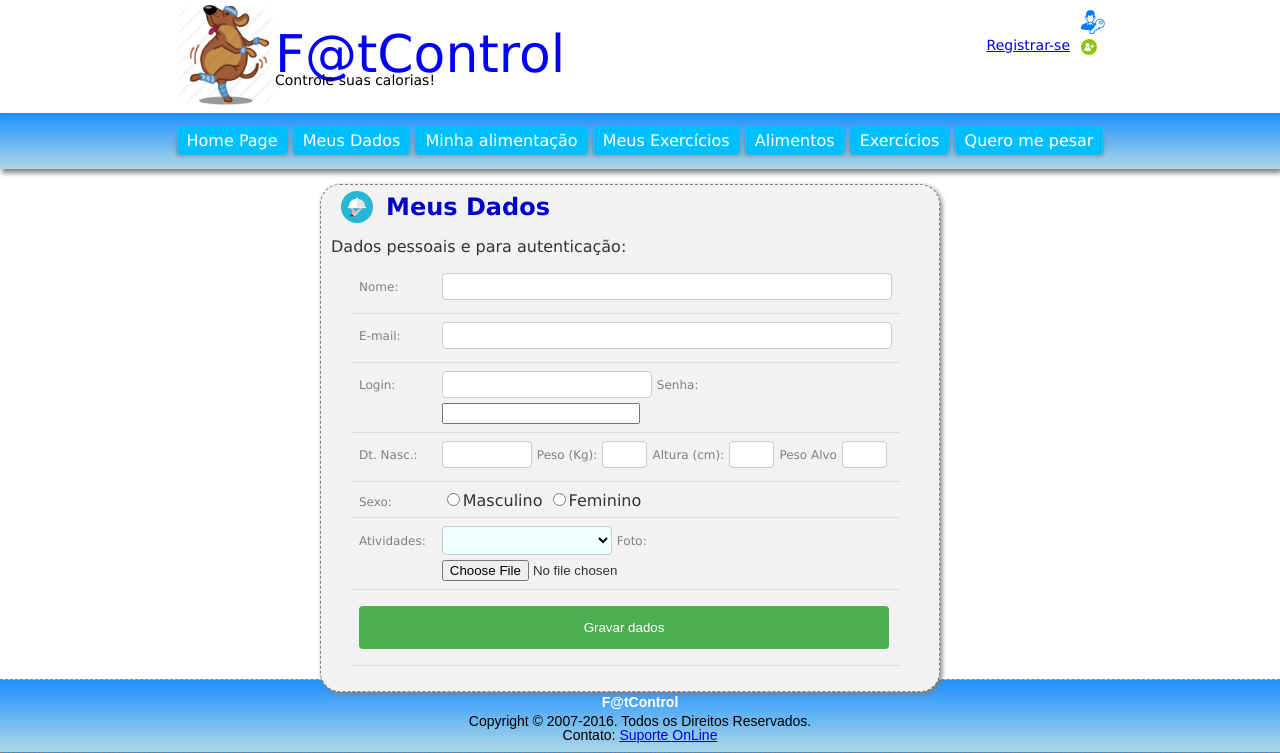
Repository: vinicius-colutti/FatControl-JavaWeb-Project
Page: http://localhost/jee/Final/WebContent/cadastro.jsp
These files come from the project's save history. The page is drawn as it stood at one moment and after the next save; the edit follows.
The browser window is 1280 px wide. The pictures show the whole page.
The page is served by Tomcat 9. Other server files are loaded and not shown. Queries for data that is not in the repository find no rows.

Above is the page before, as saved 2016-12-04 03:11:30.

### jee/Final/WebContent/cadastro.jsp
<%@page import="br.com.fatcontrol.DAO.AtividadeDAO"%>
<%@page import="br.com.fatcontrol.model.Atividade"%>
<%@page import="java.util.List"%>
<%@page import="java.sql.Connection"%>
<%@ page language="java" contentType="text/html; charset=ISO-8859-1"
    pageEncoding="ISO-8859-1"%>

<!DOCTYPE html>
<html>
	<head>
	<%
		AtividadeDAO atividade = new AtividadeDAO();
		List<Atividade> listaAtividade  = atividade.listarAtividade();

	%>
		<meta http-equiv="Content-Type" content="text/html; charset=ISO-8859-1">
		<title>Cadastrar-se</title>
		<link rel="stylesheet" href="css/reset.css">
		<link rel="stylesheet" href="css/estilo.css">
	</head>
		<!-- HEADER -->
		<%@include file="header.jsp"%>
		<!-- FIM HEADER -->

		<body>
			<!-- CONTEÚDO -->
		<div class="conteudo" style=" margin-right:400px;">
			<div class="direita">
				<div class="conteudoDireita">
					<h4 class="tituloMenuDir">Meus Dados</h4>

					<form action="GravarUsuario" method="post" enctype="">
						<fieldset style="display: inline-block;">
							<legend>Dados pessoais e para autenticação:</legend>


								<table style="margin-left: 20px">
									<tr>
										<td><label for="txtNome">Nome:</label></td>
										<td><input type="text" name="txtNome" style="width: 450px;"></td>
									</tr>

									<tr>
										<td><label for="txtEmail">E-mail:</label></td>
										<td><input type="text" name="txtEmail" style="width: 450px;"></td>
									</tr>

									<tr>
										<td><label for="txtLogin">Login:</label></td>
										<td><input  type="text" name="txtLogin" style="width: 210px;"> <label for="txtSenha">Senha:</label>
												<input  type="password" name="txtSenha" style="width: 190px;"></td>
									</tr>

									<tr>
										<td><label for="txtDtNasc">Dt. Nasc.:</label></td>
										<td><input  type="text" name="txtDtNasc" style="width: 90px;">
												<label for="txtPeso">Peso (Kg):</label>
												<input type="text" name="txtPeso" style="width: 45px;">
												<label for="txtAltura">Altura (cm):</label>
												<input type="text" name="txtAltura" style="width: 45px;">
												<label for="txtPesoAlvo">Peso Alvo</label>
												<input type="text" name="txtPesoAlvo" style="width: 45px;"> </td>








									</tr>

									<tr>
										<td><label for="rdSexo">Sexo:</label></td>
										<td><input type="radio" name="rdSexo" value="M">Masculino
												<input type="radio" name="rdSexo" value="F">Feminino<br></td>

									</tr>

									<tr>
										<td><label for="cbAtividades">Atividades:</label></td>
										<td><select name="idAtividade" style="width: 170px; background-color: #F0FFFF;">

													<%
														for (int i = 0; i < listaAtividade.size() ; i++){
															out.print("<option value='" + listaAtividade.get(i).getIdAtividade() + "'>" + listaAtividade.get(i).getDescricao() + "</option>");
														}
													%>
												</select>
												<label for="txtFoto">Foto:</label> <input type="file" name="txtFoto" style="width: 240px;"></td>
									</tr>

									<tr>
										<td colspan="2" align="right"><input type="submit" value="Gravar dados"  style="margin-top: 8px; width: 530px;"></td>
									</tr>

								</table>

						</fieldset>
					</form>

				</div>
			</div>
		</div>
		<!-- FIM CONTEÚDO -->
		<!-- RODAPÉ -->
		<%@include file="footer.jsp"%>
		<!-- FIM RODAPÉ -->

		</body>
</html>

### jee/Final/WebContent/header.jsp

<!-- HEADER -->
<div class="container">
	<div style="padding-left: 5px; padding-right: 5px">
		<header>
			<h1>
				<img alt="FatControl" src="images/logo2.png" width="100"
					height="100">
			</h1>
			<p class="logo">F@tControl</p>
			<p class="subtitulo">Controle suas calorias!</p>
			<p class="login">

				<!--  <a href="#">Login</a>-->
			</p>
			<p class="registrar">
				<a href="cadastro.jsp">Registrar-se</a>
			</p>
		</header>
	</div>
</div>

<nav class="menu-sup">
	<ul>
		<li><a href="index.jsp">Home Page</a></li>
		<li><a href="meusdados.jsp">Meus Dados</a></li>
		<li><a href="minhaalimentacao.jsp">Minha alimentação</a></li>
		<li><a href="#">Meus Exercícios</a></li>
		<li><a href="alimentos.jsp">Alimentos</a></li>
		<li><a href="#">Exercícios</a></li>
		<li><a href="#">Quero me pesar</a></li>
	</ul>
</nav>
<!-- FIM HEADER -->

### jee/Final/WebContent/footer.jsp
<!-- RODAPÉ -->
<div class="rodape">
	<footer>
		<p style="color:white; font-weight: bold; margin-bottom: 5px;">F@tControl</p>
		<p>Copyright © 2007-2016. Todos os Direitos Reservados.</p>
		<p style="margin-bottom: 10px;">Contato: <a href="mailto:suporte@afinasoft.com.br">Suporte OnLine</a></p>
	</footer>
</div>
<!-- FIM RODAPÉ -->

### jee/Final/src/br/com/fatcontrol/DAO/AtividadeDAO.java
package br.com.fatcontrol.DAO;

import java.sql.Connection;
import java.sql.PreparedStatement;
import java.sql.ResultSet;
import java.sql.SQLException;
import java.util.ArrayList;
import java.util.List;

import br.com.fatcontrol.DBUtils.Conexao;
import br.com.fatcontrol.model.Atividade;

public class AtividadeDAO {

	public List<Atividade> listarAtividade(){
		List<Atividade> listaAtividade = new ArrayList();
		Connection con = null;

		try{
			con = Conexao.abrirConexao();

			String sql = "SELECT * FROM tbl_atividade";
			PreparedStatement st = con.prepareStatement(sql);
			ResultSet rs = st.executeQuery();



			while(rs.next()){

				Atividade atividade = new Atividade();
				atividade.setDescricao(rs.getString("descricao"));
				atividade.setIdAtividade(Integer.parseInt(rs.getString("idAtividade")));
				System.out.println(atividade.getDescricao());
				listaAtividade.add(atividade);


			}

			Conexao.fecharConexao(con);


		}catch(SQLException erro){

			System.out.println("erro" + erro.getMessage());
		}catch(Exception e){
			System.out.println("Erro comum" + e.getMessage());
		}


		return listaAtividade;


	}


}

### jee/Final/src/br/com/fatcontrol/DBUtils/Conexao.java
package br.com.fatcontrol.DBUtils;
import java.sql.Connection;
import java.sql.DriverManager;
import java.sql.SQLException;

public class Conexao {
public static Connection abrirConexao(){

		Connection con = null;
		String caminho = "jdbc:mysql://localhost:3306/fatcontrol?user=root&password=bcd127";




		try{
			Class.forName("com.mysql.jdbc.Driver").newInstance();
			con = DriverManager.getConnection(caminho);

		}catch(Exception e){

			System.out.println(e.getMessage());

		}
		return con;

	}

	public static void fecharConexao(Connection con){

		if (con != null){
			try {
				con.close();
			} catch (SQLException e) {
				System.out.println(e.getMessage());
			}

		}

	}

}

### jee/Final/WebContent/css/estilo.css
body {
	color: #333333;
	font-family: "Lucida Sans Unicode", "Lucida Grande", sans serif;
}

.container {
	margin: 0 auto;
	width: 940px;
	padding-bottom: 5px;
	padding-top: 5px;
	padding-left: 0px;
	padding-right: 0px;
}

.conteudo {
	margin: 0 auto;
	margin-top: 5px;
	width: 940px;
	padding-bottom: 5px;
	padding-top: 5px;
	padding-left: 0px;
	padding-right: 0px;
	background-color:;
}

header {
	position: relative;
}

.logo {
	position: absolute;
	top: 18px;
	right: 0;
	font-size: 52px;
	width: 830px;
	height: 26px;
	padding-top: 5px;
	color: #0000FF;
}

.subtitulo {
	position: absolute;
	top: 18px;
	right: 0;
	font-size: 14px;
	width: 830px;
	height: 26px;
	padding-top: 50px;
	color: #000;
}

.login {
	position: absolute;
	top: 0;
	right: 0;
	background: url(../images/login24.png) no-repeat right;
	font-size: 14px;
	padding-right: 35px;
	padding-top: 0px;
	text-align: right;
	width: 200px;
	height: 26px;
	padding-top: 8px;
}

.registrar {
	position: absolute;
	top: 25px;
	right: 8px;
	background: url(../images/user.png) no-repeat right;
	font-size: 14px;
	padding-right: 27px;
	padding-top: 0px;
	text-align: right;
	width: 200px;
	height: 26px;
	padding-top: 8px;
}

.menu-sup {
	margin-top: 0px;
	/*background-color: #0000CD;*/
	background: linear-gradient(#1E90FF, #ADD8E6);
	box-shadow: 2px 4px 5px grey;
}

.menu-sup ul {
	font-size: 16px;
	padding-bottom: 20px;
	padding-top: 20px;
	padding-right: 0px;
	padding-left: 0px;
	text-align: center;
}

.menu-sup ul li {
	height: 50px;
	display: inline;
	margin-left: 0px;
	box-shadow: 0px 5px 5px grey;
}

.menu-sup a:hover {
	color: yellow;
	background-color: #6495ED;
}

.menu-sup a:VISITED {
	color: white;
}

.menu-sup a:LINK {
	color: white;
}

.menu-sup a {
	background-color: #00BFFF;
	padding-bottom: 5px;
	padding-top: 5px;
	padding-right: 10px;
	padding-left: 10px;
	border-radius: 5px;
	text-decoration: none;
}

.rodape {
	clear: both;
	margin-top : 5px;
	/*background-color: #0000CD;*/
	background: linear-gradient(#1E90FF, #ADD8E6);*/
	/*box-shadow: 0px 2px 5px grey;*/
	padding-bottom: 20px;
	padding-top: 15px;
	padding-right: 0px;
	padding-left: 0px;
	text-align: center;
	color: black;
	font-family: "Arial";
	font-size: 14px;
	margin-top: 5px;
	border-top: 1px dashed gray;
	border-bottom: 1px dashed gray;
}

.esquerda {
	float: left;
	margin-right: 0px;
	width: 310px;
	height: 500px;
	margin-bottom: 5px;
}

.direita {
	float: right;
	margin-left: 5px;
	width: 620px;
	height: 500px;
}

.tituloMenuEsq {
	padding-top: 10px;
	padding-bottom: 10px;
	padding-left: 45px;
	color: #0000CD;
	font-size: 24px;
	font-weight: bold;
	border-bottom: 0px solid gray;
	background: url(../images/perfil2.png) no-repeat left;
	margin-left: 20px;
}

.tituloMenuDir {
	padding-top: 10px;
	padding-bottom: 10px;
	padding-left: 45px;
	color: #0000CD;
	font-size: 24px;
	font-weight: bold;
	border-bottom: 0px solid gray;
	background: url(../images/food2.png) no-repeat left;
	margin-left: 20px;
}

.tituloConteudo {
	padding-top: 10px;
	padding-bottom: 10px;
	padding-left: 65px;
	color: #0000CD;
	font-size: 24px;
	font-weight: bold;
	border-bottom: 0px solid gray;
	background: url(../images/food.png) no-repeat left;

}

.imgperfil {
	margin-top: 0px;
	text-align: center;
	border-radius: 70px;
}

.conteudoEsquerdo {
	border: 1px dashed gray;
	border-radius: 20px;
	margin-top: 5px;
	background-color:  #f2f2f2;
	box-shadow: 2px 2px 5px gray;
}

.conteudoDireita {
	border: 1px dashed gray;
	border-radius: 20px;
	margin-top: 5px;
	background-color:  #f2f2f2;
	box-shadow: 2px 2px 5px gray;
}

.destaque {
	font-size: 20px;
	font-weight: bold;
	color: gray;
	margin-top: 2px;
	text-align: center;
	margin-bottom: 20px;
}

.tabelaEsq {
	font-size: 16px;
	font-weight: bold;
	color: gray;
	margin-top: 2px;
	padding: 20px;
}

.tabelaPerfil {
	border-collapse: collapse;
	width: 95%;
	margin-left: 5px;
	margin-right: 10px;
	font-size: 14px;
	margin-bottom: 22px;
}

.tabelaCalorias {
	border-collapse: collapse;
	width: 95%;
	/*margin-left: 15px;
	margin-right: 10px;*/
	margin: auto;
	font-size: 14px;
	margin-bottom: 12px;
}

tr, td {
	padding: 8px;
	text-align: left;
	border-bottom: 1px solid #ddd;
}



tr:HOVER {
	/*background-color: #F0FFFF;;*/
}

.centralizaConteudo {
	padding: 8px;
	text-align: center;
	border-bottom: 1px solid #ddd;
}

th {
	padding: 8px;
	text-align: left;
	border-bottom: 1px solid #ddd;
	background: linear-gradient(#1E90FF, #ADD8E6);
	color: white;
	box-shadow: 2px 2px 5px gray;
}

.formularioLogin {
    border-radius: 20px;
    background-color: #f2f2f2;
    padding: 20px;
    margin-top: 70px;
    width: 300px;
	margin-left: 250px;
	border: 1px dotted gray;
	box-shadow: 5px 5px 10px gray;
}

.textBox[type=text] {
    width: 100%;
    /*padding: 12px 20px;*/
    padding: 7px;
    margin: 8px 0;
    display: inline-block;
    border: 1px solid #ccc;
    border-radius: 4px;
    box-sizing: border-box;
}

.textBox[type=password] {
    width: 100%;
    /*padding: 12px 20px;*/
    padding: 7px;
    margin: 8px 0;
    display: inline-block;
    border: 1px solid #ccc;
    border-radius: 4px;
    box-sizing: border-box;
}

.textBox[type=submit] {
    width: 100%;
    background-color: #4CAF50;
    color: white;
    padding: 14px 20px;
    margin: 8px 0;
    border: none;
    border-radius: 4px;
    cursor: pointer;
}

.textBox[type=submit]:hover {
    background-color: #45a049;
}

.autenticacao {
	float: none;
	margin-left: 5px;
	width: 940px;
	height: 500px;
}

.tituloLogin {
	padding-top: 10px;
	padding-bottom: 0px;
	padding-left: 65px;
	color: gray;
	font-size: 24px;
	/*border-bottom: 1px solid gray;*/
	background: url(../images/autentica64.png) no-repeat left;
	margin-bottom: 20px;
	width: 250px;
	height: 70px;
}

fieldset {
	border: 0px solid #d1d1d1;
	width: 90%;
	margin: auto;
	padding: 10px;
	border-radius: 5px;
	margin-bottom: 12px;
	margin-top: 10px;
	/*box-shadow: 2px 2px 4px gray;*/
}

inputForm {
    width: 20px;
    padding: 2px;
    display: table;
}

label {
	font-size: 14px;
	color: gray;
}

input[type=text], select{
	padding: 5px;
	border: 1px solid #ccc;
    border-radius: 4px;
    box-sizing: border-box;
    margin-bottom: 5px;
}

input[type=submit]{
	background-color: #4CAF50;
    color: white;
    padding: 14px 20px;
    margin: 8px 0;
    border: none;
    border-radius: 4px;
    cursor: pointer;
}

input[type=submit]:HOVER {
	background-color: #45a049;
}


label {
	font-family: "arial" sans serif;
	font-size: 12px;
	color: gray;
}

Loaded but not shown: jee/Final/WebContent/css/reset.css (common file)

After the next save:
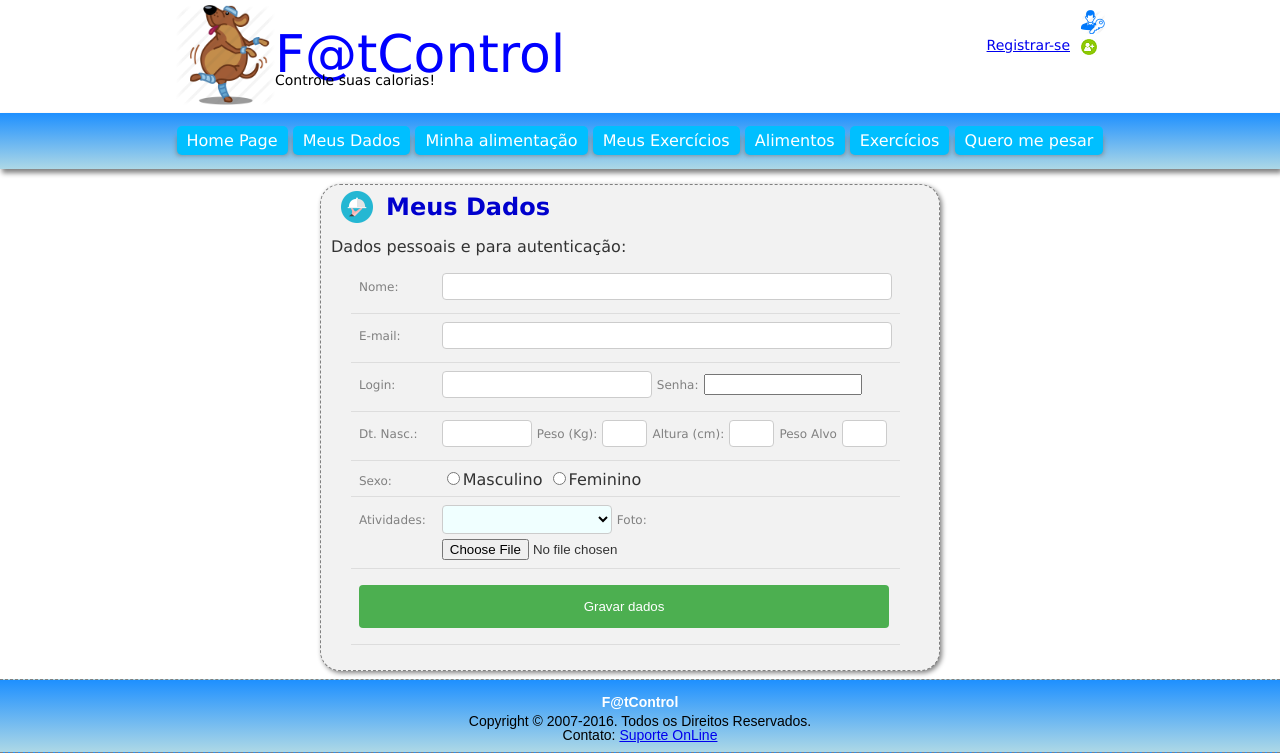
Saved 51 s later.
--- a/jee/Final/WebContent/cadastro.jsp
+++ b/jee/Final/WebContent/cadastro.jsp
@@ -48,7 +48,7 @@
 									<tr>
 										<td><label for="txtLogin">Login:</label></td>
 										<td><input  type="text" name="txtLogin" style="width: 210px;"> <label for="txtSenha">Senha:</label>
-												<input  type="password" name="txtSenha" style="width: 190px;"></td>
+												<input  type="password" name="txtSenha" style="width:150px;"></td>
 									</tr>
 
 									<tr>
